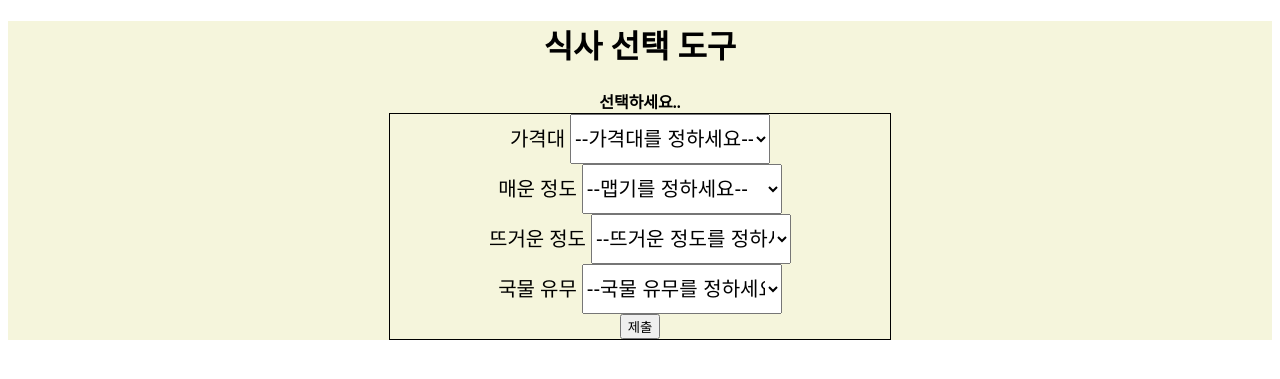
Repository: kimgh06/JavaWeb
Page: http://localhost/what/
An editor plug-in stored every save of this project. The page is shown before and after the next save, followed by the edit.
The browser window is 1280 px wide. The pictures show the whole page.
The page is served by Tomcat 9.

Above is the page before, as saved 2022-11-04 00:44:38.

After the next save:
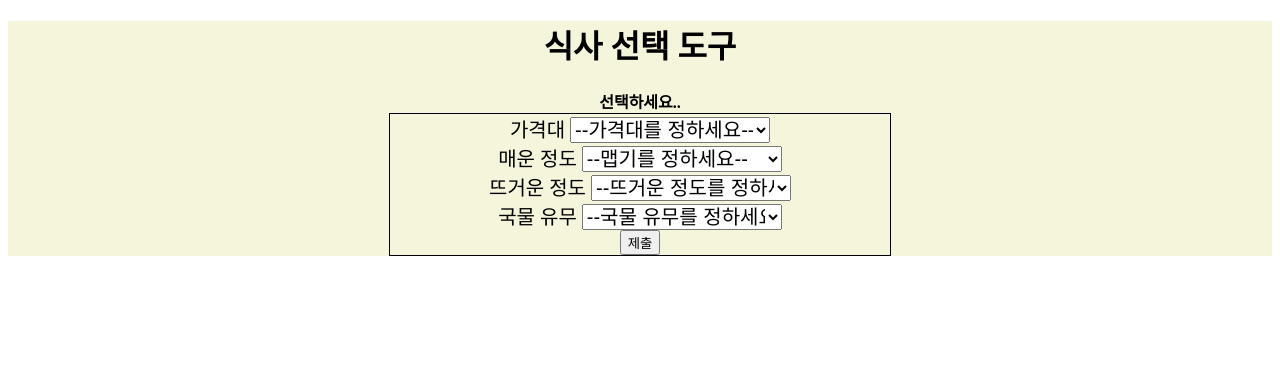
Saved 7 s later.
--- a/what/src/main/webapp/main.css
+++ b/what/src/main/webapp/main.css
@@ -18,6 +18,5 @@
 }
 #form div select{
 	width:200px;
-	height: 50px;
 	font-size: 20px;
 }
